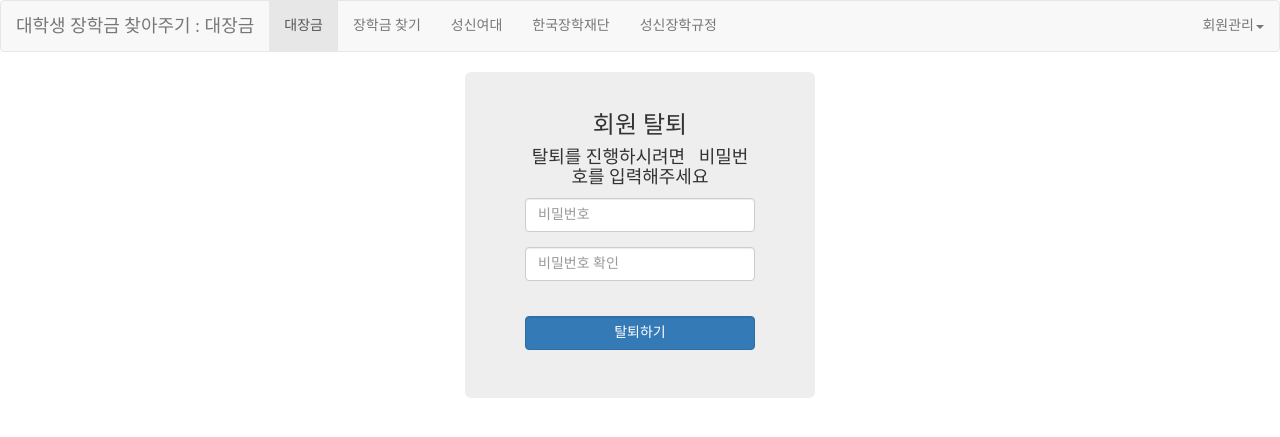
Repository: jiwon-214/DJG
Page: http://localhost/DJG/withdraw.jsp
The author's editor kept a copy of each file at every save. The page is drawn from the files as they stood at one save, then again after the next save.
The browser window is 1280 px wide. The pictures show the whole page.
Some web fonts or font styles are not loaded; a fallback is used. Some web libraries are served in a nearby version. The page is served by Tomcat 9. Queries for data that is not in the repository find no rows.

Above is the page before, as saved 2022-01-10 21:17:31.

After the next save:
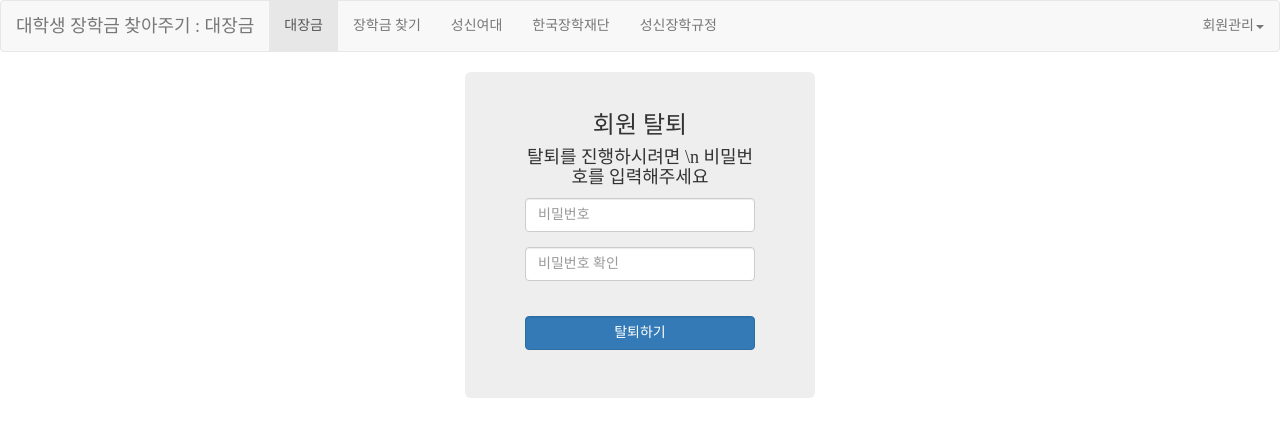
Saved 31 s later.
--- a/DJG/WebContent/withdraw.jsp
+++ b/DJG/WebContent/withdraw.jsp
@@ -60,7 +60,7 @@
          <div class="jumbotron" style="padding-top:20px;">
             <form method="post" action="withdrawAction.jsp">
 				<h3 style = "text-align:center;">회원 탈퇴</h3>
-				<h4 style = "text-align:center;">탈퇴를 진행하시려면 &nbsp; 비밀번호를 입력해주세요</h3>
+				<h4 style = "text-align:center;">탈퇴를 진행하시려면 \n 비밀번호를 입력해주세요</h3>
 				<%
 				UserDAO userDAO = new UserDAO();
 				User user = new User();
